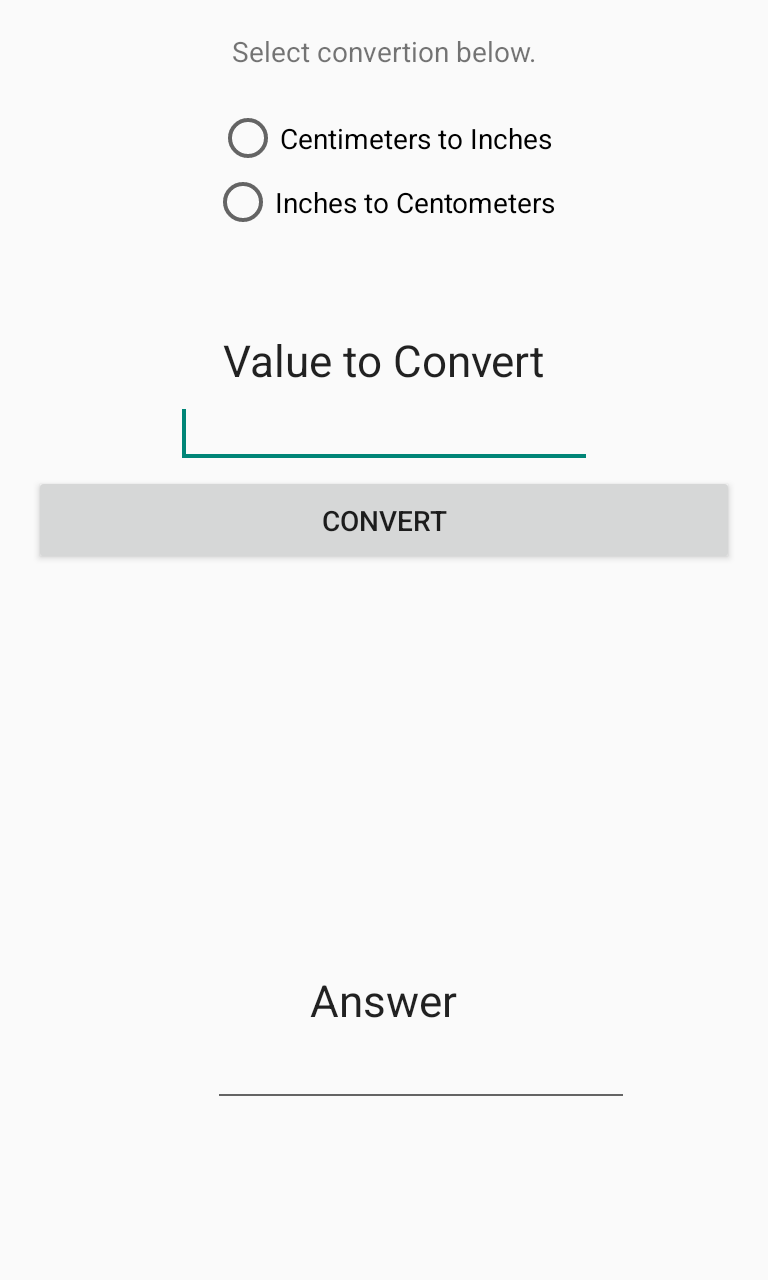
Repository: awayzo/6300Fall14Assignment4
Layout: UnitConvertor/res/layout/activity_dis.xml
An editor plug-in stored every save of this project. The layout is shown before and after the next save, followed by the edit.
It is drawn on a 768 x 1280 px phone screen (xhdpi) without system bars, with theme AppTheme; the app's code is not run.

Above is the layout before, as saved 2014-09-27 07:16:16.

### UnitConvertor/res/layout/activity_dis.xml
<RelativeLayout xmlns:android="http://schemas.android.com/apk/res/android"
    xmlns:tools="http://schemas.android.com/tools"
    android:layout_width="match_parent"
    android:layout_height="match_parent"
    android:paddingBottom="@dimen/activity_vertical_margin"
    android:paddingLeft="@dimen/activity_horizontal_margin"
    android:paddingRight="@dimen/activity_horizontal_margin"
    android:paddingTop="@dimen/activity_vertical_margin"
    tools:context="edu.gatech.seclass.unitconvertor.DisActivity" >

    <EditText
        android:id="@+id/txtAnswer"
        android:layout_width="wrap_content"
        android:layout_height="wrap_content"
        android:layout_alignLeft="@+id/radioSqfootToSqinch"
        android:layout_alignParentBottom="true"
        android:layout_marginBottom="68dp"
        android:ems="10"
        android:inputType="numberDecimal"/>
    <TextView
        android:id="@+id/lblAnswer"
        android:layout_width="wrap_content"
        android:layout_height="wrap_content"
        android:layout_above="@+id/txtAnswer"
        android:layout_centerHorizontal="true"
        android:text="Answer"
        android:textAppearance="?android:attr/textAppearanceLarge" />

    <TextView
        android:id="@+id/lblTitle_Distance"
        android:layout_width="wrap_content"
        android:layout_height="wrap_content"
        android:layout_alignParentTop="true"
        android:layout_centerHorizontal="true"
        android:text="Select convertion below." />

    <RadioButton
        android:id="@+id/radioMilestoKm"
        android:layout_width="wrap_content"
        android:layout_height="wrap_content"
        android:layout_below="@+id/lblTitle_Distance"
        android:layout_centerHorizontal="true"
        android:layout_marginTop="18dp"
        android:text="Centimeters to Inches" />

    <RadioButton
        android:id="@+id/radioSqfootToSqinch"
        android:layout_width="wrap_content"
        android:layout_height="wrap_content"
        android:layout_below="@+id/radioMilestoKm"
        android:layout_centerHorizontal="true"
        android:text="Inches to Centometers" />

    <TextView
        android:id="@+id/lblValue"
        android:layout_width="wrap_content"
        android:layout_height="wrap_content"
        android:layout_below="@+id/radioSqfootToSqinch"
        android:layout_centerHorizontal="true"
        android:layout_marginTop="48dp"
        android:text="Value to Convert"
        android:textAppearance="?android:attr/textAppearanceLarge" />

    <EditText
        android:id="@+id/txtValue"
        android:layout_width="wrap_content"
        android:layout_height="wrap_content"
        android:layout_below="@+id/lblValue"
        android:layout_centerHorizontal="true"
        android:ems="10"
        android:inputType="numberDecimal" >

        <requestFocus />
    </EditText>

    <Button
        android:id="@+id/btnConvert"
        android:layout_width="match_parent"
        android:layout_height="wrap_content"
        android:layout_below="@+id/txtValue"
        android:layout_centerHorizontal="true"
        android:text="Convert" />

</RelativeLayout>

Loaded but not shown: UnitConvertor/res/values/styles.xml (common file); UnitConvertor/res/values-v11/styles.xml (common file); UnitConvertor/res/values-v14/styles.xml (common file); UnitConvertor/res/values/dimens.xml (common file); UnitConvertor/res/values-w820dp/dimens.xml (common file)

After the next save:
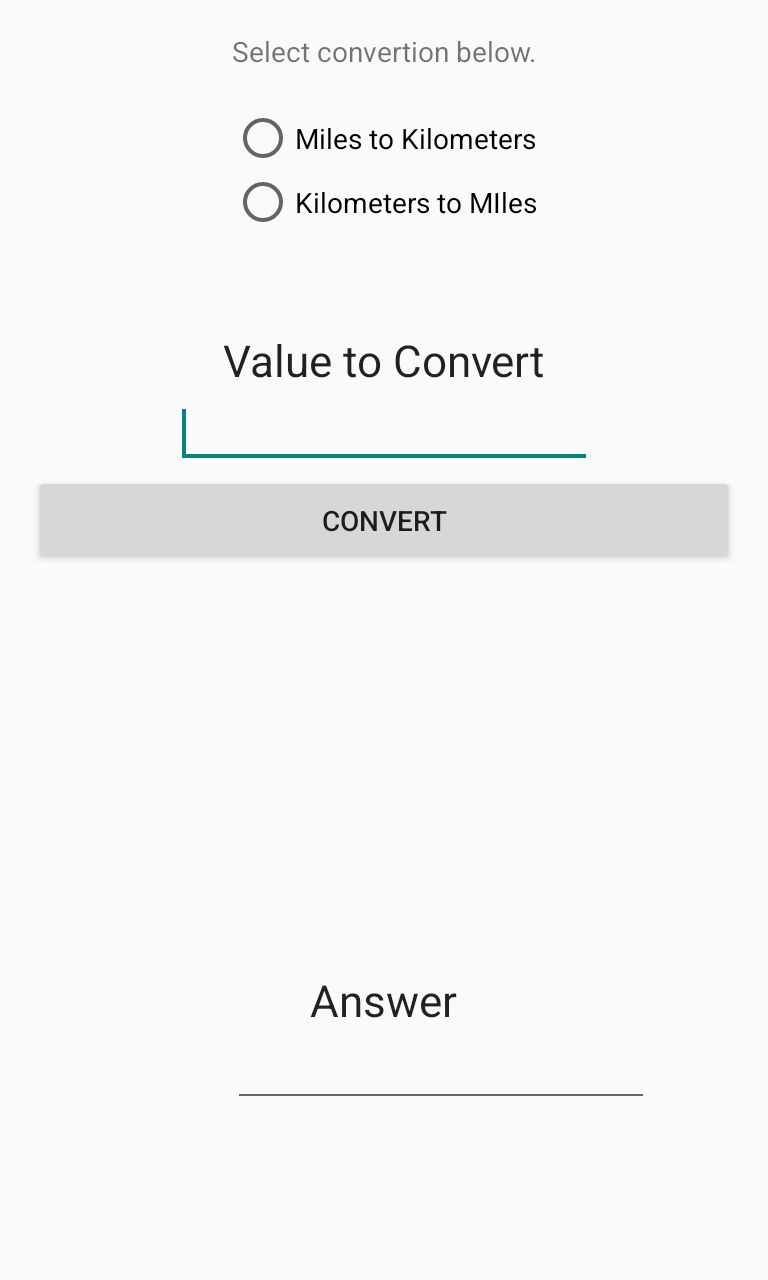
Saved 7 s later.
--- a/UnitConvertor/res/layout/activity_dis.xml
+++ b/UnitConvertor/res/layout/activity_dis.xml
@@ -12,7 +12,7 @@
         android:id="@+id/txtAnswer"
         android:layout_width="wrap_content"
         android:layout_height="wrap_content"
-        android:layout_alignLeft="@+id/radioSqfootToSqinch"
+        android:layout_alignLeft="@+id/radioKilometersToMiles"
         android:layout_alignParentBottom="true"
         android:layout_marginBottom="68dp"
         android:ems="10"
@@ -35,27 +35,27 @@
         android:text="Select convertion below." />
 
     <RadioButton
-        android:id="@+id/radioMilestoKm"
+        android:id="@+id/radioMilesToKm"
         android:layout_width="wrap_content"
         android:layout_height="wrap_content"
         android:layout_below="@+id/lblTitle_Distance"
         android:layout_centerHorizontal="true"
         android:layout_marginTop="18dp"
-        android:text="Centimeters to Inches" />
+        android:text="Miles to Kilometers" />
 
     <RadioButton
-        android:id="@+id/radioSqfootToSqinch"
+        android:id="@+id/radioKilometersToMiles"
         android:layout_width="wrap_content"
         android:layout_height="wrap_content"
-        android:layout_below="@+id/radioMilestoKm"
+        android:layout_below="@+id/radioMilesToKm"
         android:layout_centerHorizontal="true"
-        android:text="Inches to Centometers" />
+        android:text="Kilometers to MIles" />
 
     <TextView
         android:id="@+id/lblValue"
         android:layout_width="wrap_content"
         android:layout_height="wrap_content"
-        android:layout_below="@+id/radioSqfootToSqinch"
+        android:layout_below="@+id/radioKilometersToMiles"
         android:layout_centerHorizontal="true"
         android:layout_marginTop="48dp"
         android:text="Value to Convert"
